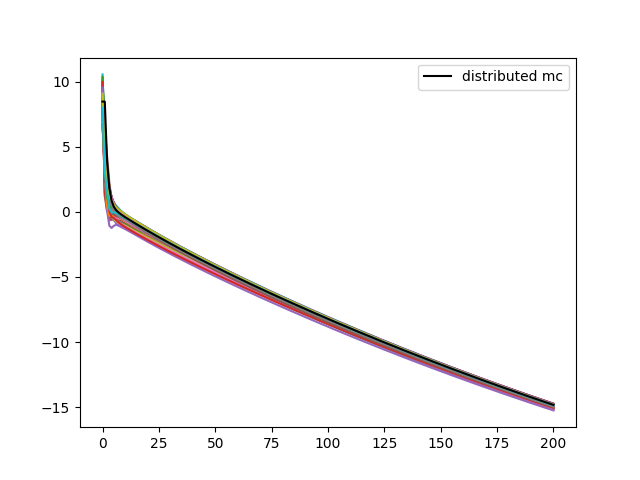
Repository: komuro-zero/distributed-optimization
Script's output: python main_weakly_sparse.py
These files come from the project's save history. The script's output is drawn as it stood at one moment and after the next save; the edit follows.
Random numbers start from a fixed seed.

Above is the script's output before, as saved 2019-09-26 10:08:35.

After the next save:
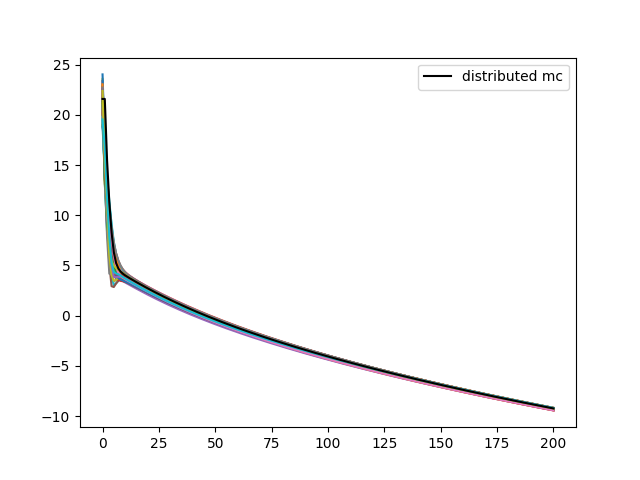
Saved 26 s later.
--- a/main_weakly_sparse.py
+++ b/main_weakly_sparse.py
@@ -28,8 +28,7 @@ class distributed_updates(functions):
         """
         how_weak = 0.1
         w = randn(self.N,1)
-        w_star = self.w_star(self.N,self.sparsity_percentage)
-        #w_star = self.w_star_weakly_sparse(self.N,self.sparsity_percentage,how_weak)
+        w_star = self.w_star_weakly_sparse(self.N,self.sparsity_percentage,how_weak)
         U_all = randn(self.m,self.N)
         w_star_noise = w_star +randn(self.N,1)/1000
         #w_star_noise = w_star_noise/np.dot(w_star_noise.T,w_star_noise)
